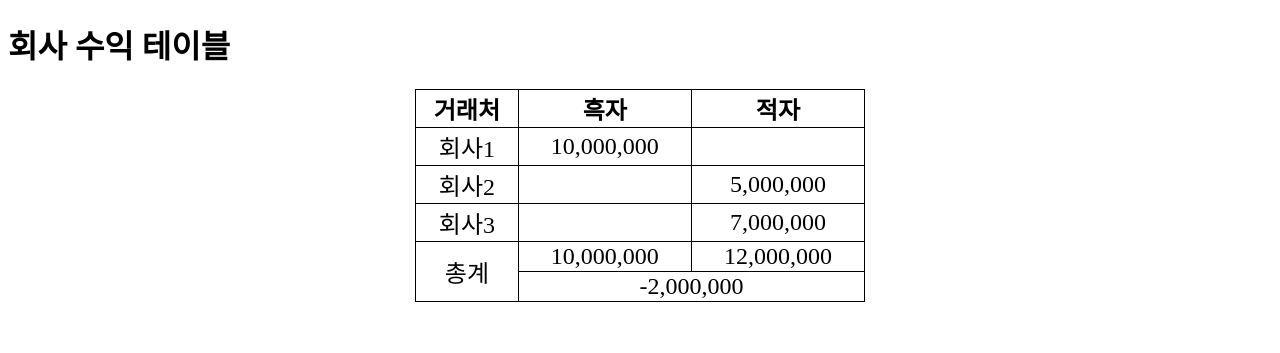
Repository: guswnsdldl/gb
Page: html workspace/f_table/src/main/webapp/span-task02.html
An editor plug-in stored every save of this project. The page is shown before and after the next save, followed by the edit.
The browser window is 1280 px wide. The pictures show the whole page.

Above is the page before, as saved 2024-08-06 03:15:19.

After the next save:
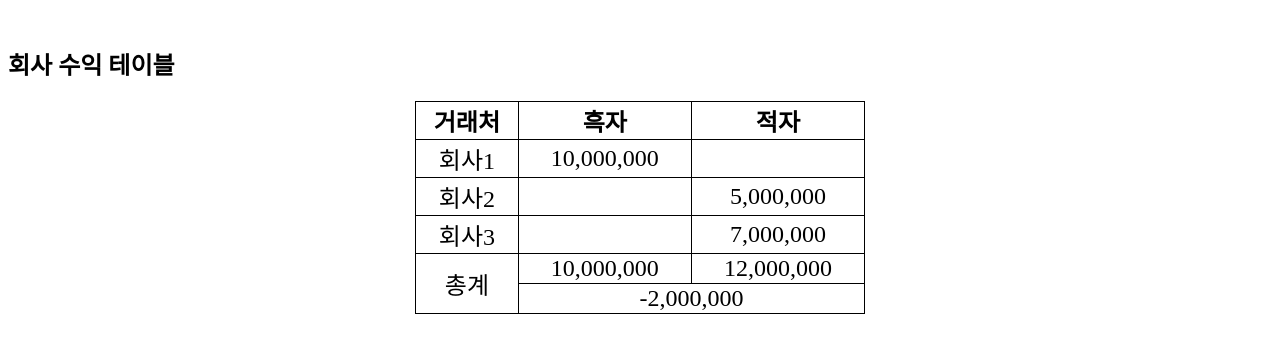
Saved 68 s later.
--- a/html workspace/f_table/src/main/webapp/span-task02.html
+++ b/html workspace/f_table/src/main/webapp/span-task02.html
@@ -16,7 +16,7 @@
 </head>
 <body>
 
-<h1>회사 수익 테이블</h1>
+&nbsp;<h2>회사 수익 테이블</h2>
 <table>
  		<tr>
         <th>거래처</th>
